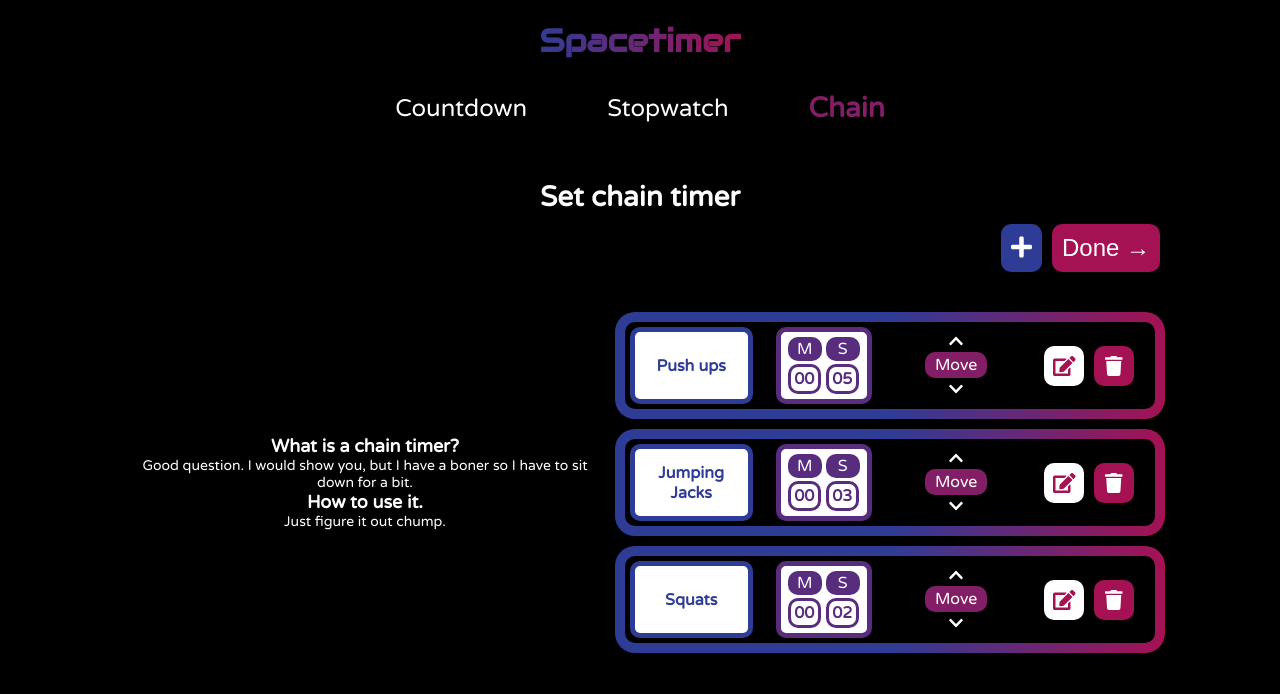
Repository: JohnKrige/space-timer2
Page: /timer-chain
The author's editor kept a copy of each file at every save. The page is drawn from the files as they stood at one save, then again after the next save.
The browser window is 1280 px wide. The pictures show the whole page.
The project was rebuilt for these pictures with package versions that can differ from the ones it lists, and the page was loaded fresh each time. Also part of the build but not shown: src/components/Timer/styles.js, src/components/Timer/TimerDisplay.js, src/components/Stopwatch/Stopwatch.js, src/components/ChainTimer/ChainTimerItem.js, src/components/SetTimerModal/transition-styles.css, src/components/Timer/Repeater.js, src/components/CountdownTimer/countdownTimerStyles.js, src/components/CountdownTimer/CountdownTimer.js. Imported but missing from the stored project, and not drawn on this page: src/components/CountdownTimer/beep.flac, src/components/CountdownTimer/timersound1.wav.

Above is the page before, as saved 2021-11-21 13:07:36.

### public/index.html
<!DOCTYPE html>
<html lang="en">
  <head>
    <meta charset="utf-8" />
    <link rel="icon" href="%PUBLIC_URL%/favicon.ico" />
    <meta name="viewport" content="width=device-width, initial-scale=1" />
    <meta name="theme-color" content="#000000" />
    <meta
      name="description"
      content="Web site created using create-react-app"
    />

    <title>Space Timer 69</title>
  </head>
  <body>
    <div id="root"></div>
  </body>
</html>

### src/App.js
import {
  BrowserRouter as Router,
  Route,
  Redirect,
  Switch
} from 'react-router-dom';

import Stopwatch from './components/Stopwatch/Stopwatch';
import ChainTimer from './components/ChainTimer/ChainTimer';
import Navbar from './components/Nav/Navbar';
import CountdownTimer from './components/CountdownTimer/CountdownTimer';

import './App.css';

function App() {
  return (
    <div className="App">
      <Router>
        <header className="App-header">
          <h1 className="logo">Spacetimer</h1>
          <Navbar />
        </header>
          <Switch>
            <Route path="/countdown-timer">
              <CountdownTimer />
            </Route>
            <Route path="/stopwatch">
              <Stopwatch />
            </Route>
            <Route path="/timer-chain">
              <ChainTimer />
            </Route>
            <Redirect to="/countdown-timer" />
          </Switch>
      </Router>
    </div>
  );
};

export default App;

### src/components/Nav/Navbar.js

import { NavLink } from 'react-router-dom';
import { useLocation } from 'react-router';

import { NavItem, NavList } from './styles';

const routes = [
    {
        name: "Countdown",
        ext: "/countdown-timer",
    },
    {
        name: "Stopwatch",
        ext: "/stopwatch",
    },
    {
        name: "Chain",
        ext: "/timer-chain",
    },
 ];

const Navbar = () => {
    const location = useLocation();

    const path = location.pathname;

    const navItems = routes.map((item) => {
        const selected = item.ext === path;

        return (
            <NavItem selected={selected} key={item.name}>
                <NavLink to={`${item.ext}`}>
                    <div style={{display: 'inline-block'}}>{item.name}</div>
                </NavLink>
            </NavItem>
        );
    });

    return (
        <NavList style={{display: 'flex', justifyContent: 'center'}}>
            {navItems}
        </NavList>
    );
};

export default Navbar;

### src/App.css
@import url('https://fonts.googleapis.com/css2?family=Audiowide&display=swap');
@import url('https://fonts.googleapis.com/css2?family=Varela+Round&display=swap');

* {
  padding: 0;
  margin: 0;
  text-decoration: none;
  list-style: none;
}

html {
  background-color: black;
  font-size: 20px;
}

body {
  min-height: 100vh;
  font-family: 'Varela Round', sans-serif;
}

.App {
  text-align: center;
  background-color: black;
  padding: 0;
  margin: 0 auto;
  min-height: 100vh;
  display: flex;
  flex-direction: column;
}

.App-header {
  padding-top: 20px;
}

.logo {
  display: inline;
  padding: 0 5px;
  font-family: 'Audiowide', cursive;
  font-size: 32px;
  background: #2f3c96;
  background: -webkit-linear-gradient(to right, #2f3c96 0%, #a41253 100%);
  background: -moz-linear-gradient(to right, #2f3c96 0%, #a41253 100%);
  background: linear-gradient(to right, #2f3c96 0%, #a41253 100%);
  -webkit-background-clip: text;
  -webkit-text-fill-color: transparent;

  @media (min-width) {
    font-size: 64px;
  }
}

.PageTitle {
  text-align: center;
  font-size: 28px;

  @media (min-width) {
    color: #821e66;
    font-size: 32px;
  }

}

### src/pages/Timer/TimerPage.js
import styled from 'styled-components';

 const TimerPageStyle = styled.div`
    display: flex;
    flex-direction: column;
    align-items: ${props => props.align || "center"};
    justify-content: ${props => props.justify || "center"};
    flex-grow: 1;
    margin-top: 20px;

    @media (min-width: 1024px) {
        margin-top: 40px;
    }
`;

const TimerPage = ({align, justify, children}) => {
    return (
        <TimerPageStyle justify={justify} align={align}>
            {children}
        </TimerPageStyle>
    )
}

export default TimerPage;

### src/helpers/getHMS.js
export const getHMS = (totalTime) => {
    const h = Math.floor(totalTime / 3600000);
    const m = Math.floor((totalTime - 3600000 * h) / 60000);
    const s = Math.floor((totalTime - (3600000 * h) - 60000 * m) / 1000);

    return [h, m, s];
}

### src/components/Button/Button.js
import { ButtonContainer } from './styles';

const Button = (props) => {
    return (
        <ButtonContainer onClick={props.onClick} color={props.color} rounded={props.rounded}>
            {props.children}
        </ButtonContainer>
    )
};

export default Button;

### src/components/ChainTimer/chainTimerStyles.js
import styled from 'styled-components';

export const ChainItemContainer = styled.div`
    // border: ${props => props.isActive ? '10px solid white' : ' '};
    margin: 10px 0;
    border-radius: 20px;
    padding: 10px;
    background: rgb(47,60,150);
    background: linear-gradient(90deg, rgba(47, 60, 150, 1) 50%, rgba(164, 18, 83, 1) 100%);
    box-sizing: border-box;
    font-size: 16px;
    width: 350px;

    @media (min-width: 1024px) {
        width: 550px;
    }

    svg {
        cursor: pointer;
    }
`;

export const ChainItemBackground = styled.div`
    height: 100%;
    background-color: rgba(0, 0, 0, 1);
    display: grid;
    column-gap: 10px;
    grid-template-columns: repeat(4, 1fr);
    justify-items: center;
    align-items: center;
    border-radius: 10px;
    padding: 5px;
`;


export const TimeDisplayContainer = styled.div`
    display: flex;
    background-color: white;
    border: 5px solid #592d7e;
    padding: 5px;
    border-radius: 10px;
`;

export const TimeDisplay = styled.div`
    background-color: white;
    border-radius: 10px;
    border: 3px solid #592d7e;
    margin: 3px 3px 0 2px;
    color: #592d7e !important;
    padding: 2px;
    font-weight: bold;
    text-align: center;
`;

export const ButtonsBar = styled.div`
    margin: 10px 0;
    display: flex;
    justify-content: ${props => props.justify || 'center'};
    align-items: 'center';

    @media (min-width: 1024px) {
        margin-bottom: 30px;
    }
`;

export const TimeDisplayLabel = styled.div`
    background-color: #592d7e;
    border-radius: 10px;
    padding: 2px;
    width: 30px;
    margin: 0 2px 0 2px;
    display: inline-block;
`;

export const MoveLabel = styled.div`
    background-color: #821e66;
    padding: 3px 10px;
    border-radius: 10px;
    margin-bottom: 2px;
`;

export const NameLabel = styled.div`
    background-color: white;
    color: rgba(47,60,150,1);
    width: 100%;
    min-width: 80px;
    height: 100%;
    box-sizing: border-box;
    padding: 5px;
    border: 5px solid rgba(47,60,150,1);
    font-weight: bold;
    border-radius: 10px;
    display: flex;
    justify-content: center;
    align-items: center;

    @media (min-width: 1024px) {
        min-width: auto;
    }
`;

export const ChainItemButtons = styled.div`
    display: flex;
    flex-direction: column;

    @media (min-width: 1024px) {
        flex-direction: row;
    }
`;

export const ChainItemButton = styled.button`
    border: none;
    background-color: ${props => props.colorInvert ? 'white' : '#a41253'};
    width: 30px;
    height: 30px;
    font-size: 16px;
    color: ${props => props.colorInvert ? '#a41253' : 'white'};
    border-radius: 10px;
    cursor: pointer;display: flex;
    justify-content: center;
    align-items: center;
    margin: 3px 5px;

    @media (min-width: 1024px) {
        width: 40px;
        height: 40px;
        font-size: 20px;
    }
`;

export const ItemName = styled.div`
    display: flex;
    align-items: center;
    justify-content: center;
    margin-top: 40px;
`;

export const TimeDisplayMain = styled.div`
    display: flex;
    margin: 10px;

    @media(min-width: 1024px) {

    }
`;

export const TimeDisplaySection = styled.div`
    display: flex;
    flex-direction: column;
    border: 3px solid white;
    padding-bottom: 20px;
    border-radius: 10px;
    overflow: hidden;
    margin: 10px 5px;

    @media (min-width: 1024px) {
        margin: 30px 10px;
    }
`;

export const MinutesAndSeconds = styled.div`
    font-size: 54px;
    margin-top: 20px;

    @media (min-width: 1024px) {
        font-size: 72px;
    }
`;

export const MinsAndSecsHeading = styled.div`
    padding: 10px 20px;
    background-color: ;
    background: rgb(47,60,150);
    background: linear-gradient(90deg, rgba(47, 60, 150, 1) 50%, rgba(164, 18, 83, 1) 100%);

    @media (min-width: 1024px) {
        font-size: 72px;
        padding: 10px 50px 10px 50px;
    }
`;

export const ItemNameTitle = styled.div`
    font-size: 36px;

    @media (min-width: 1024px) {
        font-size: 72px;
    }
`;

export const ItemNameNumber = styled.div`
    margin-right: 10px;
`;

export const ChainTimerMain = styled.div`
    display: flex;
    align-items: center;
    justify-content: center;
    flex-direction: column;
`;

export const NextItem = styled.div`
    @media(min-width: 1024px) {
        font-size: 30px;
    }
`;

export const UpNext = styled.div`
    color: rgba(164, 18, 83, 1);
    border-radius: 10px;
    font-weight: bold;
`;

export const EditTimerContainer = styled.div`
    display: flex;
    flex-direction: column;
    align-items: center;

    @media (min-width: 1024px) {
        display: block;
    }
`;

export const EditItems = styled.div
`
    display: flex;
    flex-direction: column;
    align-items: center;

    @media (min-width: 1024px) {
        flex-direction: row;
    }
`;

export const WhatIsContainer = styled.div`
    max-width: 300px;
    padding: 5px;
    box-sizing: border-box;

    & h3{
        font-size: 18px;
    }

    & p {
        font-size: 14px;
    }

    @media (min-width: 1024px) {
        max-width: 500px;
        padding: 20px;
    }
`;

export const ChainTimerPage = styled.div`
    margin-bottom: 50px;
`;

### src/components/ChainTimer/EditTimerChain.js
import { useState } from 'react';

import ChainEditItem from "./ChainEditItem";
import TimerPage from '../../pages/Timer/TimerPage';
import { FontAwesomeIcon } from '@fortawesome/react-fontawesome';
import { faEdit, faPlay, faPause, faUndo, faVolumeUp, faVolumeMute, faPlus, faStepForward, faStepBackward } from '@fortawesome/free-solid-svg-icons';
import { ButtonsBar, EditTimerContainer, WhatIsContainer, EditItems } from "./chainTimerStyles";
import Button from '../Button/Button';
import SetTimerModal from "../SetTimerModal/SetTimerModal";


const EditTimerChain = (props) => {
    const [ newItem, setNewItem ] = useState(false);

    const AddNewItem = (totalTime, name) => {
        setNewItem(false);
        props.addTimer(totalTime, name);
    };

    const newItemProps = {
        totalTime: 500000,
        show: newItem,
        type: "chain item",
        lessThanHour: true,
        name: "Activity name",
        onSubmit: AddNewItem,
        onClose: () => setNewItem(false),
    };

    const timersDisplay = props.timers.map((item) => {
        const isActive = item.itemIndex === props.currentTimer;
        // const timeRemaining = isActive ? item.time - props.timeElapsed : item.isDone ? 0 : item.time;

        return (
            <ChainEditItem
                key={item.itemIndex}
                name={item.name}
                time={item.time}
                index={item.itemIndex}
                isActive={isActive}
                moveUp={props.moveItemUp}
                moveDown={props.moveItemDown}
                timeRemaining={item.time}
                remove={props.removeItem}
                editItem={props.editItem}
            />
        )
    });

    return (
        <>
            <SetTimerModal {...newItemProps} />
            <EditTimerContainer>
                <ButtonsBar justify="end" margin="20px 0">
                    <Button onClick={() => setNewItem(true)} color="blue"><FontAwesomeIcon icon={faPlus} /></Button>
                    <Button onClick={() => props.closeEdit(false)} color="red">Done →</Button>
                </ButtonsBar>
                <EditItems>
                    <WhatIsContainer>
                        <h3>What is a chain timer?</h3>
                        <p>Good question. I would show you, but I have a boner so I have to sit down for a bit.</p>
                        <h3>How to use it.</h3>
                        <p>Just figure it out chump.</p>
                    </WhatIsContainer>
                    <div>
                        {timersDisplay}
                    </div>
                </EditItems>
            </EditTimerContainer>
        </>
    )
};

export default EditTimerChain;

### src/helpers/timeDisplay.js
export const neatTimeDisplay = (time) => `${time}`.length < 2 ? `0${time}` : `${time}`;

### src/components/Nav/styles.js
import styled from 'styled-components';

export const NavItem = styled.li`
    cursor: pointer;
    font-size: 14px;
    flex: 1;
    display: flex;
    align-items: center;
    justify-content: center;
    background-color: ${props => props.selected ? "#821e66" : "rgba(47,60,150,1)"};
    padding: 10px 0;
    border-radius: 15px 15px 0 0;


    @media (min-width: 1024px) {
        margin: 20px 40px 5px 40px;
        flex: 0;
        background-color: transparent;
    }

    & div {
        font-size: ${props => props.selected && "16px"};
        text-align: center;
        color: white;

        @media (min-width: 1024px) {
            font-size: ${props => props.selected ? "28" : "24"}px;
            color: ${props => props.selected ? "#821e66" : "white"};
            font-weight: ${props => props.selected && "600"};
        }
    }

    & div:hover {
        @media (min-width: 1024px) {
            color: #821e66;
        }
    }
`;

export const NavList = styled.ul`
    display: flex;
    justify-content: space-between;
    width: 100%;
    position: fixed;
    bottom: 0;
    // padding: 10px 0;
    border-radius: 20px 20px 0 0;
    border-bottom: none;
    box-sizing: border-box;
    // background: rgb(251,230,245);
    // background: linear-gradient(0deg, rgba(251,230,245,1) 59%, rgba(255,255,255,1) 100%);

    @media (min-width: 1024px) {
        position: static;
        background: transparent;
        justify-content: center;
    }
}`

### src/components/Button/styles.js
import styled from 'styled-components';

export const ButtonContainer = styled.button`
    background: ${props => props.color === "blue" ? "rgb(47,60,150)" : props.color === "purple" ? "#592d7e" : props.color === "pink" ? "#821e66" : "#a41253"};
    border: none;
    color: white;
    padding: 10px;
    font-size: 24px;
    border-radius: ${props => props.rounded ? "50%" : "10px"};
    margin: 0 5px;
    cursor: pointer;
`;

### src/components/ChainTimer/ChainEditItem.js
import { useState } from 'react';
import { FontAwesomeIcon } from '@fortawesome/react-fontawesome';
import { faChevronUp, faChevronDown, faTrash, faEdit, faPeopleArrows} from '@fortawesome/free-solid-svg-icons';
import SetTimerModal from '../SetTimerModal/SetTimerModal';

import { ChainItemContainer, TimeDisplay, TimeDisplayContainer, ChainItemBackground, TimeDisplayLabel, MoveLabel, ChainItemButton, NameLabel, ChainItemButtons } from "./chainTimerStyles";

import { getHMS } from '../../helpers/getHMS';
import { neatTimeDisplay } from '../../helpers/timeDisplay';

const ChainEditItem = (props) => {
    const [showEditItem, setShowEditItem] = useState(false);
    const [h, m, s] = getHMS(props.timeRemaining);

    const editItem = (timeMs, name) => {
        setShowEditItem(false);
        props.editItem(props.index, timeMs, name);
    };

    return (
        <ChainItemContainer isActive={props.isActive}>
            <SetTimerModal onSubmit={editItem} totalTime={props.time} show={showEditItem} onClose={() => setShowEditItem(false)} type="" lessThanHour name={props.name} />
            <ChainItemBackground>
                <NameLabel>
                    <div>{props.name}</div>
                </NameLabel>
                <TimeDisplayContainer>
                    <div >
                        <div>
                            <TimeDisplayLabel>M</TimeDisplayLabel>
                        </div>
                        <TimeDisplay>{neatTimeDisplay(m)}</TimeDisplay>
                    </div>
                    <div >
                        <TimeDisplayLabel>S</TimeDisplayLabel>
                        <TimeDisplay>{neatTimeDisplay(s)}</TimeDisplay>
                    </div>
                </TimeDisplayContainer>
                <div>
                    <FontAwesomeIcon icon={faChevronUp} onClick={() => props.moveUp(props.index)} />
                    <MoveLabel>Move</MoveLabel>
                    <FontAwesomeIcon icon={faChevronDown} onClick={() => props.moveDown(props.index)} />
                </div>
                <ChainItemButtons>
                    <ChainItemButton onClick={() => setShowEditItem(true)} colorInvert><FontAwesomeIcon icon={faEdit} /></ChainItemButton>
                    <ChainItemButton onClick={() => props.remove(props.index)}><FontAwesomeIcon icon={faTrash} /></ChainItemButton>
                </ChainItemButtons>
            </ChainItemBackground>
        </ChainItemContainer>
    )
};

export default ChainEditItem;

### src/components/SetTimerModal/modalStyles.js
import styled from "styled-components";

const topOffset = 120;

export const ModalContainer = styled.div`
    width: 100vw;
    height: calc(100% - ${topOffset});
    overflow: hidden;
    background-color: black;
    position: absolute;
    top: ${topOffset}px;
    left: 0;
    display: flex;
    justify-content: center;
`;

export const ModalBackground = styled.div`
    position: relative;
    margin: 70px;
    background: rgb(47,60,150);
    background: linear-gradient(125deg, rgba(47,60,150,1) 0%, rgba(164,18,83,1) 100%);
    border-radius: 15px;
    border: 4px solid white;
    display: flex;
    flex-direction: column;
    align-items: center;
    justify-content: center;
    padding: 20px;

    @media(min-width: 1024px){
        width: 500px;
        margin-top: 100px;
    }
`;

export const ModalContent = styled.div`
    display: flex;
    flex-direction: column;
    padding: 20px 0;
    border-radius: 15px;
    background: rgba(255, 255, 255);
    border: 4px solid black;
    width: 100%;
    min-height: 100%;
    box-sizing: border-box;

    & h2 {
        font-size: 44px;
        color: #592d7e;
        //   font-family: 'Audiowide', cursive;
    }
`;

export const TimeInput = styled.div`
    max-width: 80px;
    padding: 10px;
    background-color: ${props => props.color === "red" ? "#a41253" : props.color === "purple" ? "#592d7e" : "#2f3c96"};
    border-radius: 10px;
    margin: 0px 5px;

    @media (min-width: 1024px) {
        padding: 20px;
    }

    & label {
        text-align: start;
    }

    & input {
        margin-bottom: 3px;
        border: none;
        max-width: 50px;
        border-radius: 2px;
        padding: 2px 3px;
    }
`;

export const TimeInputs = styled.form`
    display: flex;
    margin: 20px 0;
    justify-content: center;
    font-size: 14px;

    @media(min-width: 1024px) {
        font-size:
    }
`;

export const CloseModal = styled.div`
    font-size: 25px;
    display: flex;
    justify-content: center;
    align-items: center;
    width: 40px;
    height: 40px;
    background-color: white;
    border-radius: 50%;
    position: absolute;
    color: black;
    cursor: pointer;
    top: -40px;
    right : -35px;

    @media(min-width: 1024px) {
        top: -50px;
        right : -45px;
    }
`;

export const NameInput = styled.div`
    display: flex;
    align-items: center;
    flex-direction: column;
    margin: 5px;
    padding: 10px;
    background: #2f3c96;
    border-radius: 10px;

    @media(min-width: 1024px) {
        padding: 20px 40px;
        margin-top: 30px;
    }

    & label {
        margin-top: 3px;
        font-size: 20px;
    }

    & input {
        padding: 5px;
        border: none;
        border-radius: 5px;
    }
`;

export const ModalTitle = styled.div`
    font-size: 24px;
    color: #592d7e;

    @media(min-width: 1024px) {
        font-size: 32px;
        font-weight: bold;
    }
`;

Loaded but not shown: src/index.js (common file); src/index.css (common file); src/components/ChainTimer/ChainTimer.js (292 lines, source omitted); src/components/SetTimerModal/SetTimerModal.js (140 lines, source omitted)

After the next save:
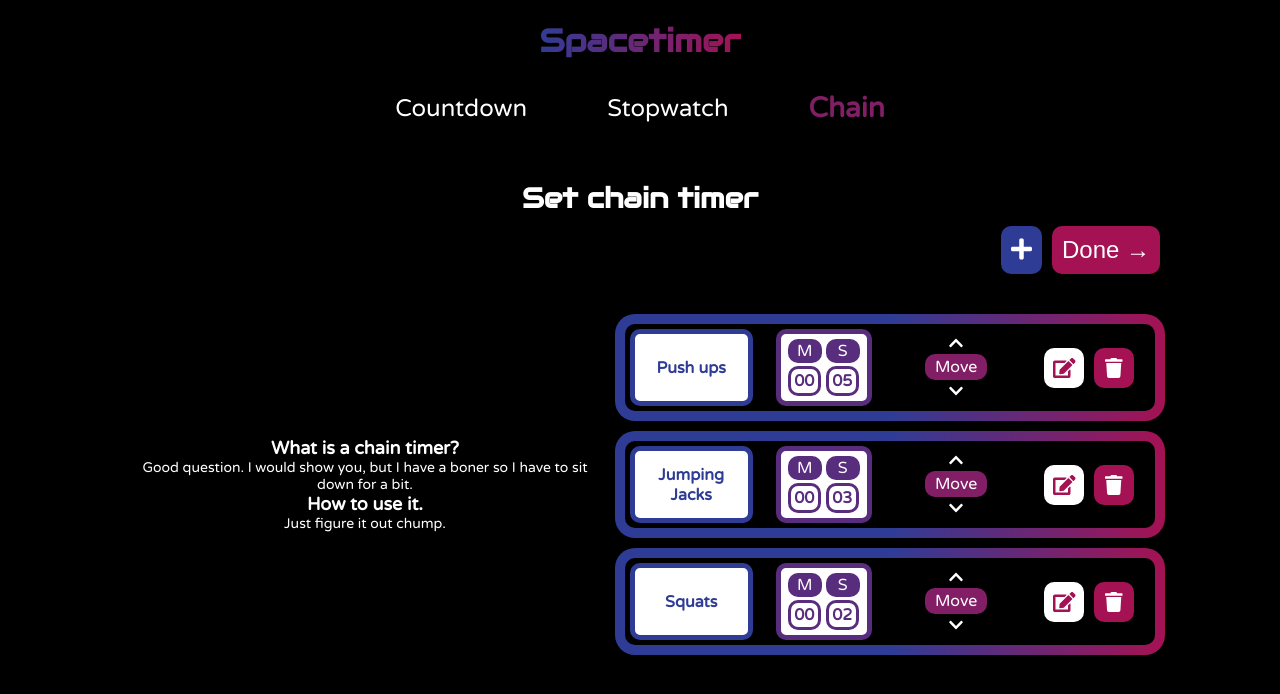
Saved 4 min 31 s later.
--- a/src/App.css
+++ b/src/App.css
@@ -50,6 +50,7 @@ body {
 }
 
 .PageTitle {
+  font-family: 'Audiowide', cursive;
   text-align: center;
   font-size: 28px;
 
